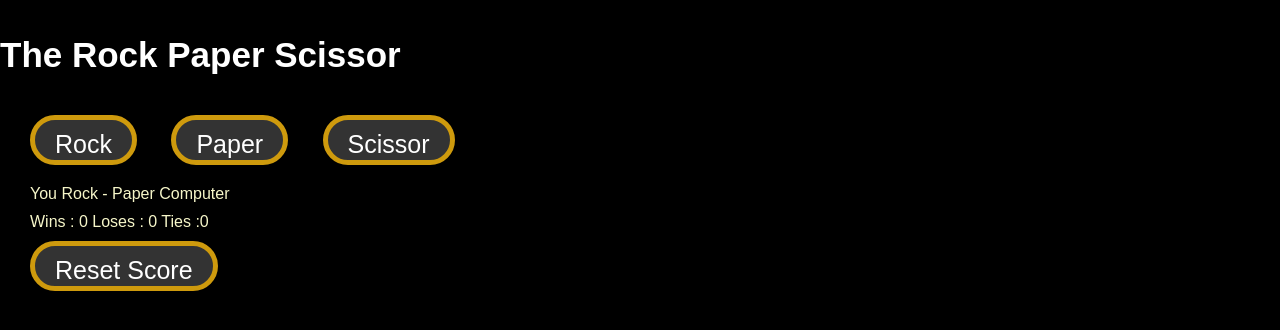
Repository: Drdregboss89/js-practical-projects
Page: index.html
The author's editor kept a copy of each file at every save. The page is drawn from the files as they stood at one save, then again after the next save.
The browser window is 1280 px wide. The pictures show the whole page.
After loading, the first visible `button` was clicked once.

Above is the page before, as saved 2023-06-24 09:16:44.
Console error (its wording comes from the project's code and is left out).

After the next save:
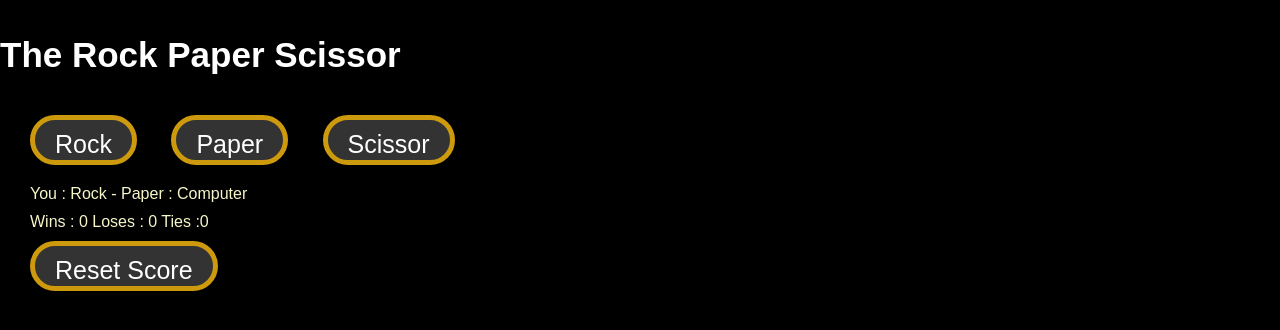
Saved 6 min 15 s later.
--- a/index.js
+++ b/index.js
@@ -32,7 +32,7 @@ function playGame(selectMove) {
 
   if (selectMove === "Paper") {
     if (computerMove === "Rock") {
-      result = "you loose";
+      result = "you Loose";
     } else if (computerMove === "Scissor") {
       result = "you Win";
     } else if (computerMove === "Paper") {
@@ -40,17 +40,17 @@ function playGame(selectMove) {
     }
   } else if (selectMove === "Rock") {
     if (computerMove === "Rock") {
-      result = "Tie";
+      result = "Its a Tie";
     } else if (computerMove === "Scissor") {
-      result = "you win";
+      result = "you Win";
     } else if (computerMove === "Paper") {
-      result = "You Loose";
+      result = "you Loose";
     }
   } else if (selectMove === "Scissor") {
     if (computerMove === "Rock") {
       result = "you Loose";
     } else if (computerMove === "Scissor") {
-      result = "its a Tie";
+      result = "Its a Tie";
     } else if (computerMove === "Paper") {
       result = "you Win";
     }
@@ -60,11 +60,11 @@ function playGame(selectMove) {
     score.wins += 1;
   } else if (result === "you Loose") {
     score.loses += 1;
-  } else if (result === "its a Tie") {
+  } else if (result === "Its a Tie") {
     score.ties += 1;
   }
   document.querySelector('.js-result').innerHTML=result;
-  document.querySelector('.js-move').innerHTML=`You ${selectMove} - ${computerMove} Computer`;
+  document.querySelector('.js-move').innerHTML=`You : ${selectMove} - ${computerMove} : Computer`;
   updateScore();
 
   localStorage.setItem("score", JSON.stringify(`score`));
